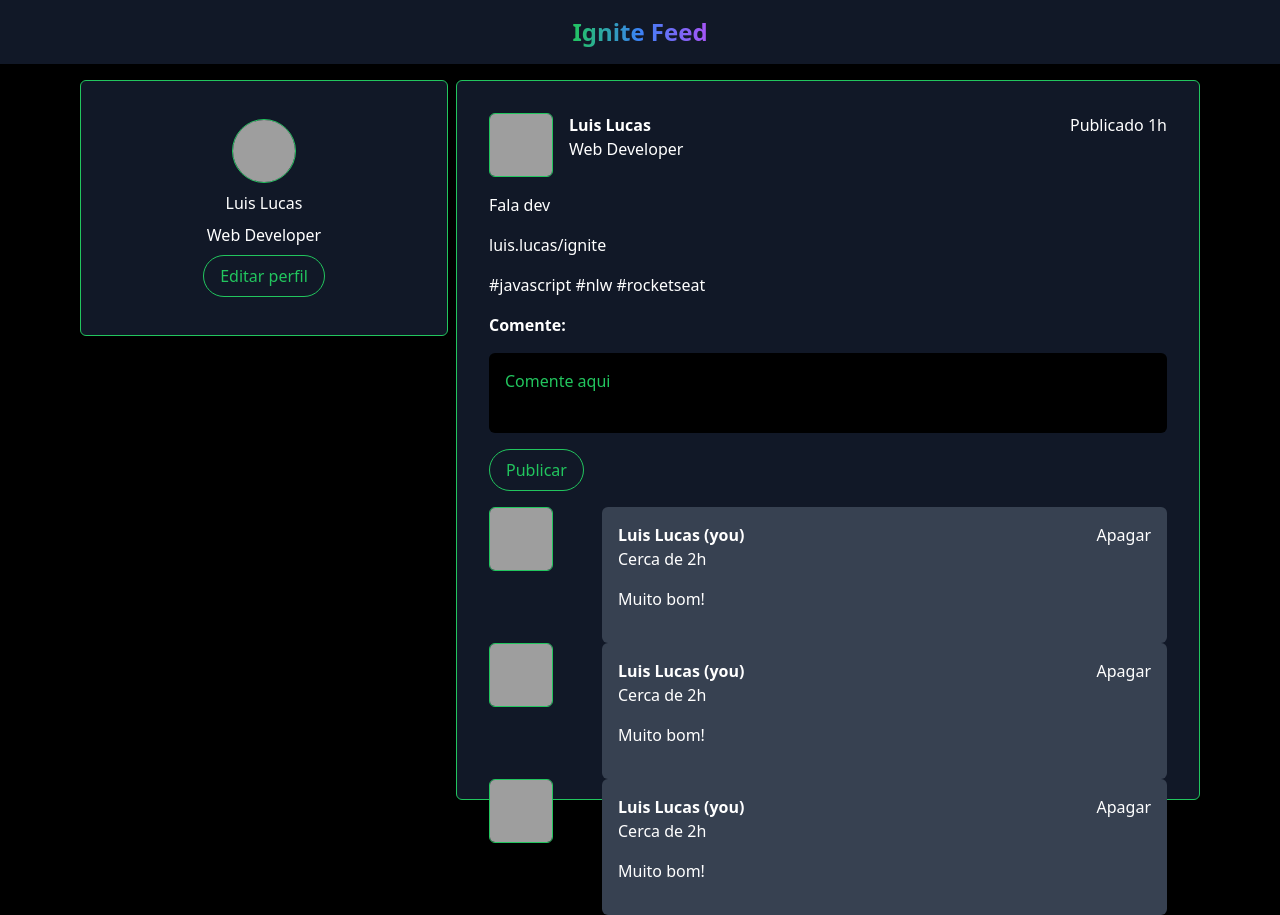
Repository: LuisSempre/ignite-feed
Page: /
The author's editor kept a copy of each file at every save. The page is drawn from the files as they stood at one save, then again after the next save.
The browser window is 1280 px wide. The pictures show the whole page.
Pictures or frames that could not be fetched are drawn as grey boxes. The project was rebuilt for these pictures with package versions that can differ from the ones it lists, and the page was loaded fresh each time. Also part of the build but not shown: vite.config.js.

Above is the page before, as saved 2022-07-14 21:44:51.

After the next save:
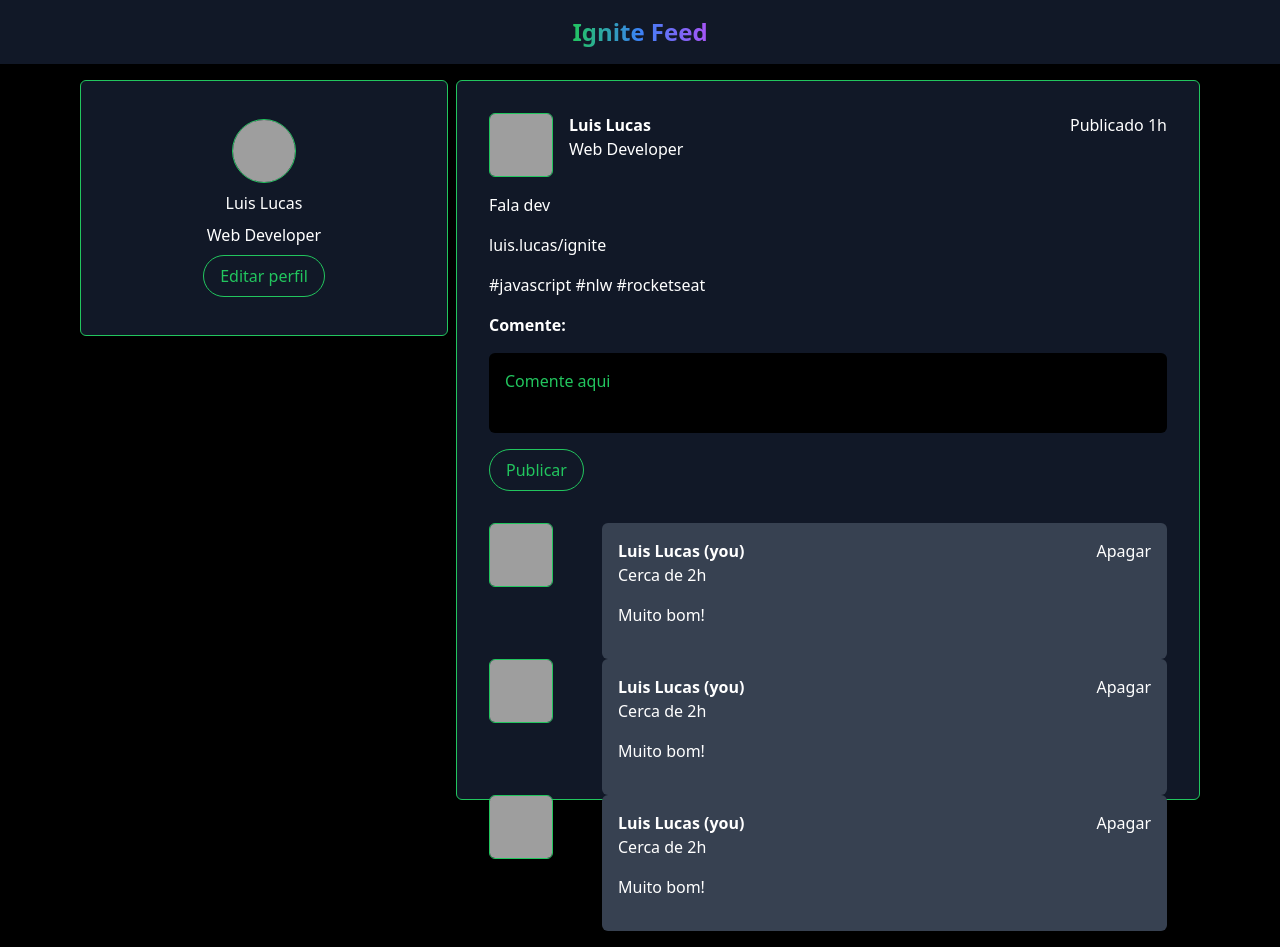
Saved 17 s later.
--- a/src/Components/Post.jsx
+++ b/src/Components/Post.jsx
@@ -1,4 +1,4 @@
-import { Comment } from "./Comment"
+import { Comment } from "./Comment";
 
 export function Post() {
   return (
@@ -31,18 +31,17 @@ export function Post() {
           className="w-full p-4 placeholder-green-500 bg-black rounded-md resize-none focus:-green-500"
           placeholder="Comente aqui"
         />
-          <button
-            type="submit"
-            className="px-4 py-2 text-green-500 border border-green-500 rounded-full"
-          >
-            Publicar
-          </button>
+        <button
+          type="submit"
+          className="px-4 py-2 text-green-500 border border-green-500 rounded-full"
+        >
+          Publicar
+        </button>
       </form>
-      <div>
-
-      <Comment />
-      <Comment />
-      <Comment />
+      <div className="py-4">
+        <Comment />
+        <Comment />
+        <Comment />
       </div>
     </div>
   );
